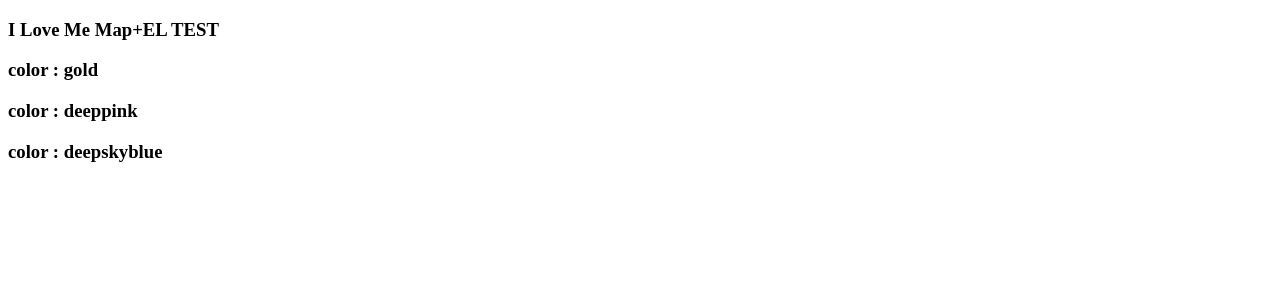
Repository: Rua1006/JSP
Page: http://localhost/practice02/03.ExpressionLanguageMap.jsp
An editor plug-in stored every save of this project. The page is shown before and after the next save, followed by the edit.
The browser window is 1280 px wide. The pictures show the whole page.
The page is served by Tomcat 9. Other server files are loaded and not shown.

Above is the page before, as saved 2022-11-10 02:26:47.

### practice02/WebContent/03.ExpressionLanguageMap.jsp
<%@ page language="java" contentType="text/html; charset=UTF-8"
    pageEncoding="UTF-8"%>
<%@ taglib prefix="c" uri="http://java.sun.com/jsp/jstl/core" %>
<%@ taglib prefix="fmt" uri="http://java.sun.com/jsp/jstl/fmt" %>
<%@ page import ="java.util.*" %>
<%@ page import ="java.text.*, java.net.InetAddress" %>
<%@ include file = "common.jsp" %>
<!DOCTYPE html>
<html>
<head>
<meta charset="UTF-8">
<title>03.ExpressionLanguageMap - jsp에서 EL 사용하기</title>
</head>
<body>
<%
	String title = "I Love Me Map+EL TEST"; //문자열
	String[] color = {"gold", "deeppink", "deepskyblue"}; //배열

	Map map = new HashMap();	//맵(해시맵)
	map.put("name1", color[0]);
	map.put("name2", color[1]);
	map.put("name3", color[2]);

	request.setAttribute("title", title);	//문자열
	request.setAttribute("color", color);	//배열
	request.setAttribute("map", map);	//맵
%>
<h3>${title}</h3>
<%
	for(int i=0; i<color.length; i++){
%>
	<h3>color : <%=color[i] %></h3>
<%
	}
%>
</body>
</html>

Loaded but not shown: practice02/WebContent/common.jsp (common file)

After the next save:
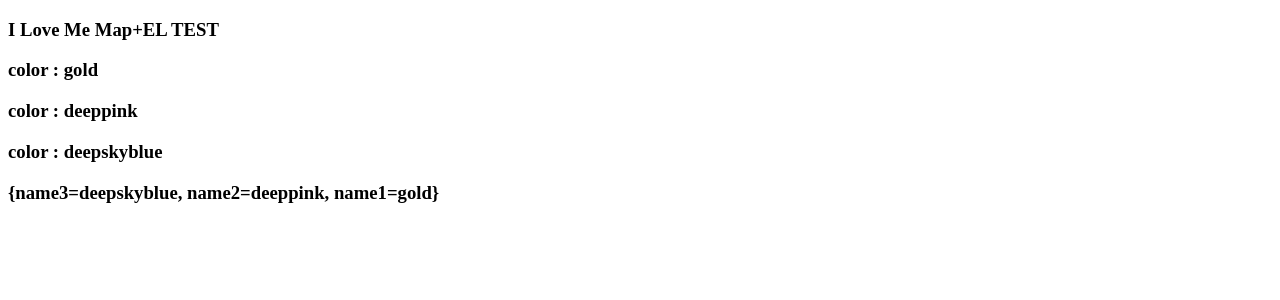
Saved 9 s later.
--- a/practice02/WebContent/03.ExpressionLanguageMap.jsp
+++ b/practice02/WebContent/03.ExpressionLanguageMap.jsp
@@ -33,5 +33,6 @@
 <%
 	}
 %>
+<h3>${map}</h3>
 </body>
 </html>
